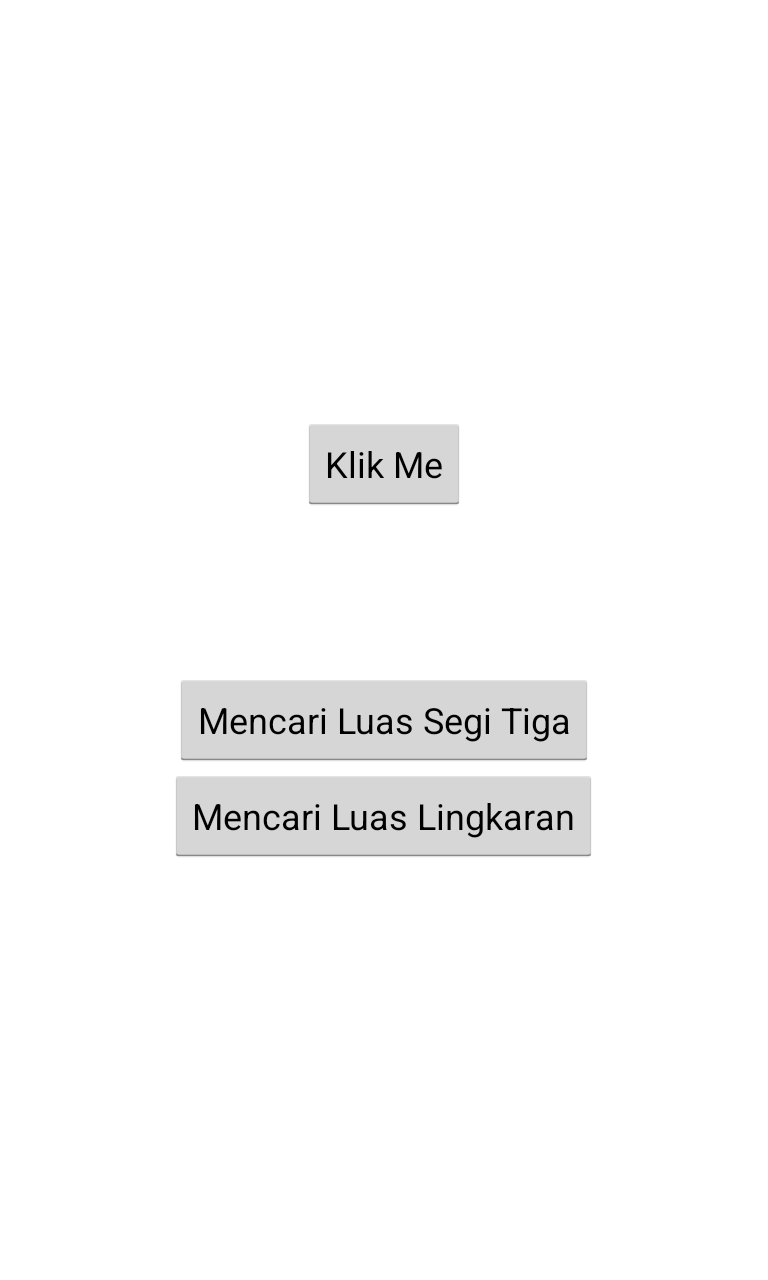
Repository: evtaindra/si_C_Pagi
Layout: BangunDatarApp/res/layout/activity_main.xml
An editor plug-in stored every save of this project. The layout is shown before and after the next save, followed by the edit.
It is drawn on a 768 x 1280 px phone screen (xhdpi) without system bars, with theme AppTheme; the app's code is not run.

Above is the layout before, as saved 2021-04-13 04:52:00.

After the next save:
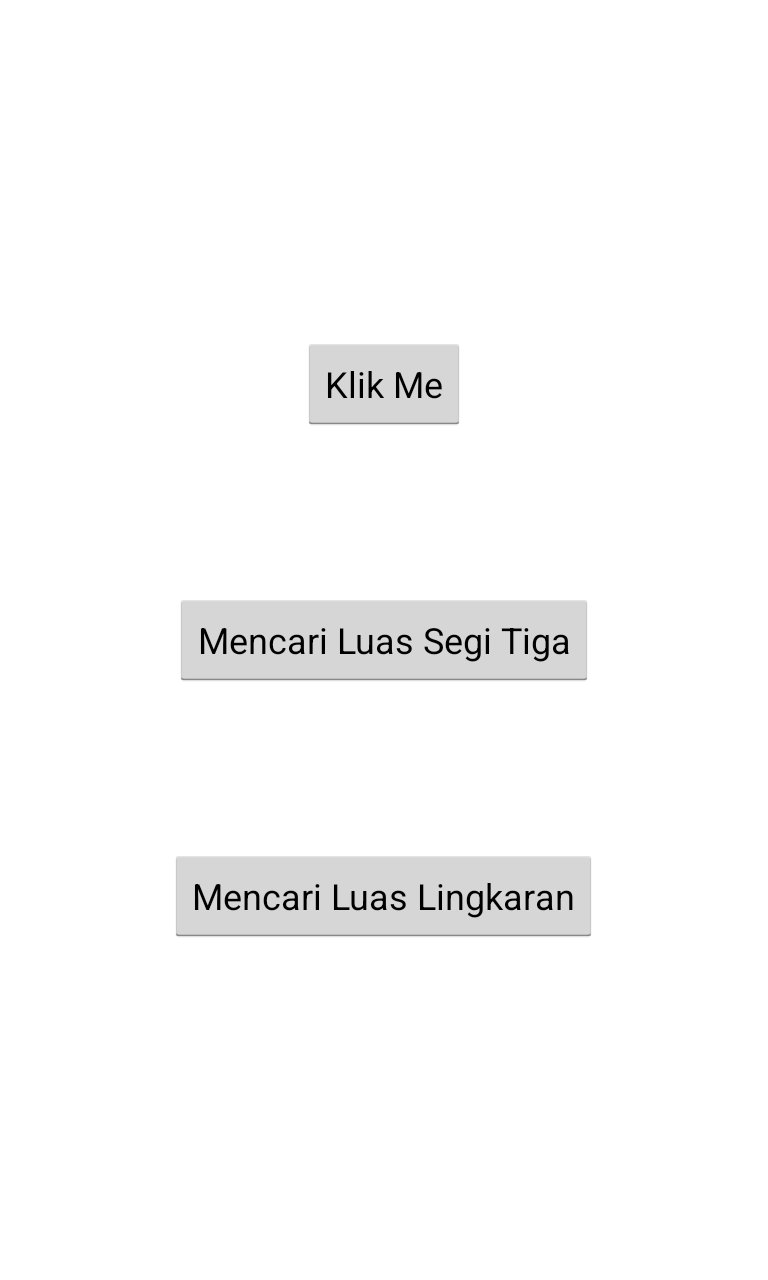
Saved 29 s later.
--- a/BangunDatarApp/res/layout/activity_main.xml
+++ b/BangunDatarApp/res/layout/activity_main.xml
@@ -22,6 +22,7 @@
         android:id="@+id/button2"
         android:layout_width="wrap_content"
         android:layout_height="wrap_content"
+        android:layout_marginBottom="80dp"
         android:text="Mencari Luas Segi Tiga" />
 
     <Button
